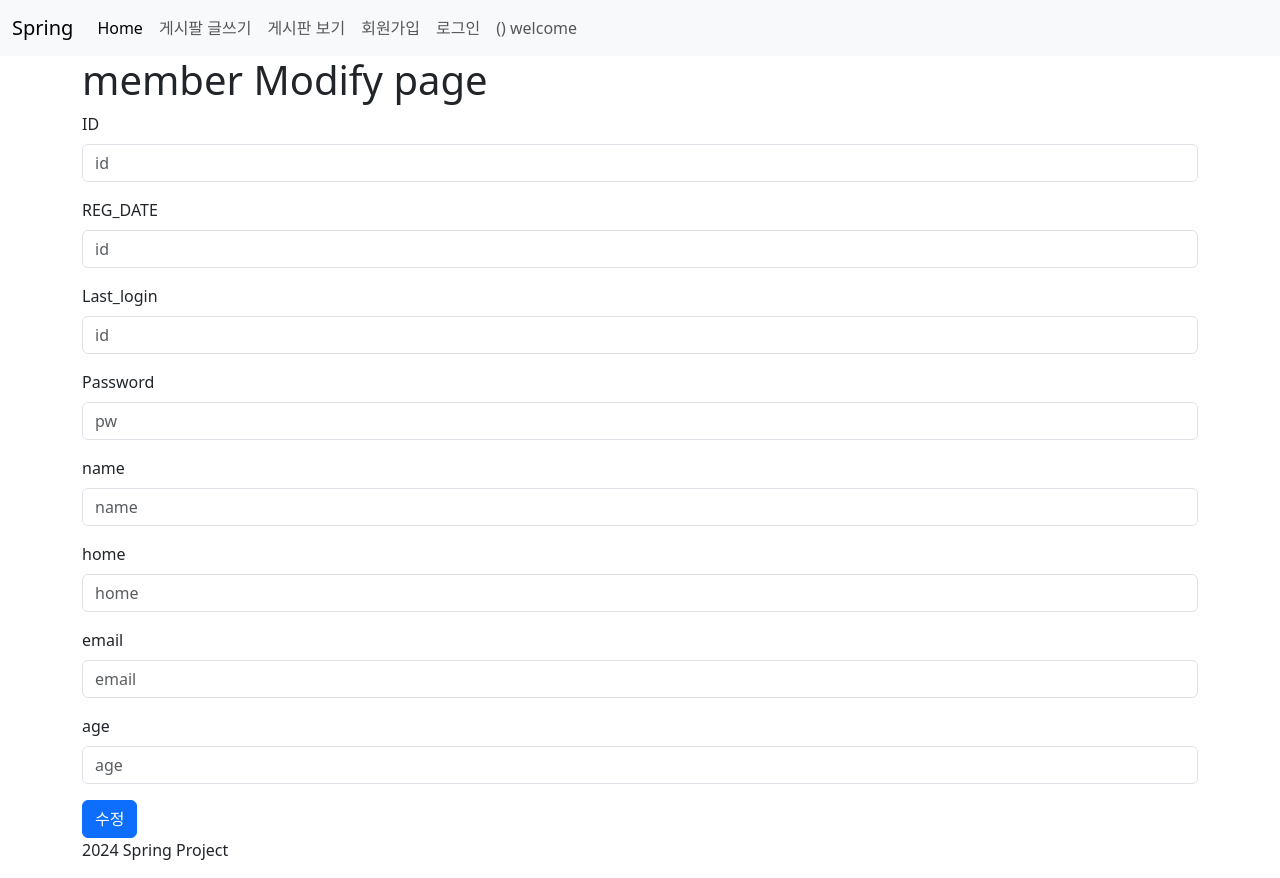
Repository: tkwkduddnd/SpringTest240430
Page: http://localhost/spring_study/WEB-INF/views/member/modify.jsp
These files come from the project's save history. The page is drawn as it stood at one moment and after the next save; the edit follows.
The browser window is 1280 px wide. The pictures show the whole page.
The page is served by Tomcat 9. Nobody is signed in. The template is opened directly, without the code that normally fills it, so the values that code supplies are empty.

Above is the page before, as saved 2024-04-25 09:08:34.

### spring_study/src/main/webapp/WEB-INF/views/member/modify.jsp
<%@ page language="java" contentType="text/html; charset=UTF-8"
	pageEncoding="UTF-8"%>

<jsp:include page="../layout/header.jsp" />
<div class="container-md">
	<h1>member Modify page</h1>
	<form action="/member/modify" method="post">
			<div class="mb-3">
			  <label for="i" class="form-label">ID</label>
			  <input type="text" class="form-control" name="id" id="i" value="${ses.id }" readonly="readonly" placeholder="id">
			</div>

			<div class="mb-3">
			  <label for="i" class="form-label">REG_DATE</label>
			  <input type="text" class="form-control" name="reg_date" id="i" value="${ses.reg_date }" readonly="readonly" placeholder="id">
			</div>

			<div class="mb-3">
			  <label for="i" class="form-label">Last_login</label>
			  <input type="text" class="form-control" name="last_login" id="i" value="${ses.last_login }" readonly="readonly" placeholder="id">
			</div>

			<div class="mb-3">
			  <label for="p" class="form-label">Password</label>
			  <input type="password" class="form-control" name="pw" id="p" placeholder="pw">
			</div>

			<div class="mb-3">
			  <label for="n" class="form-label">name</label>
			  <input type="text" class="form-control" name="name" id="n" value="${ses.name }" placeholder="name">
			</div>

			<div class="mb-3">
			  <label for="h" class="form-label">home</label>
			  <input type="text" class="form-control" name="home" id="h" value="${ses.home }" placeholder="home">
			</div>

			<div class="mb-3">
			  <label for="e" class="form-label">email</label>
			  <input type="email" class="form-control" name="email" id="e" value="${ses.email }" placeholder="email">
			</div>

			<div class="mb-3">
			  <label for="a" class="form-label">age</label>
			  <input type="text" class="form-control" name="age" id="a" value="${ses.age }" placeholder="age">
			</div>


			<button type="submit" class="btn btn-primary">수정</button>
</form>




	<jsp:include page="../layout/footer.jsp" />

### spring_study/src/main/webapp/WEB-INF/views/layout/header.jsp
<%@ page language="java" contentType="text/html; charset=UTF-8"
    pageEncoding="UTF-8"%>
<%@ taglib uri="http://java.sun.com/jsp/jstl/core" prefix="c" %>
<!DOCTYPE html>
<html>
<head>
<meta charset="UTF-8">
<title>header.jsp</title>
<link href="https://cdn.jsdelivr.net/npm/bootstrap@5.3.3/dist/css/bootstrap.min.css" rel="stylesheet" integrity="sha384-QWTKZyjpPEjISv5WaRU9OFeRpok6YctnYmDr5pNlyT2bRjXh0JMhjY6hW+ALEwIH" crossorigin="anonymous">
<script src="https://cdn.jsdelivr.net/npm/bootstrap@5.3.3/dist/js/bootstrap.bundle.min.js" integrity="sha384-YvpcrYf0tY3lHB60NNkmXc5s9fDVZLESaAA55NDzOxhy9GkcIdslK1eN7N6jIeHz" crossorigin="anonymous"></script>
</head>
<body>

<nav class="navbar navbar-expand-lg bg-body-tertiary">
  <div class="container-fluid">
    <a class="navbar-brand" href="#">Spring</a>
    <button class="navbar-toggler" type="button" data-bs-toggle="collapse" data-bs-target="#navbarSupportedContent" aria-controls="navbarSupportedContent" aria-expanded="false" aria-label="Toggle navigation">
      <span class="navbar-toggler-icon"></span>
    </button>
    <div class="collapse navbar-collapse" id="navbarSupportedContent">
      <ul class="navbar-nav me-auto mb-2 mb-lg-0">
        <li class="nav-item">
          <a class="nav-link active" aria-current="page" href="/">Home</a>
        </li>
        <li class="nav-item">
          <a class="nav-link" href="/board/register">게시팔 글쓰기</a>
        </li>
        <li class="nav-item">
          <a class="nav-link" href="/board/list">게시판 보기</a>
        </li>
        <li class="nav-item">
          <a class="nav-link" href="/member/register">회원가입</a>
        </li>
        <c:if test="${ses.id eq null}">
          <li class="nav-item">
            <a class="nav-link" href="/member/login">로그인</a>
          </li>
        </c:if>
        <c:if test="${ses.id ne null}">
          <li class="nav-item">
            <a class="nav-link" href="/member/logout">로그아웃</a>
          </li>
        </c:if>
          <li class="nav-item">
            <a class="nav-link" href="/member/modify">${ses.id }(${ses.email }) welcome</a>
          </li>
      </ul>
    </div>
  </div>
</nav>

### spring_study/src/main/webapp/WEB-INF/views/layout/footer.jsp
<%@ page language="java" contentType="text/html; charset=UTF-8"
    pageEncoding="UTF-8"%>
<div class="mb-3">
	2024 Spring Project
</div>

</body>
</html>

After the next save:
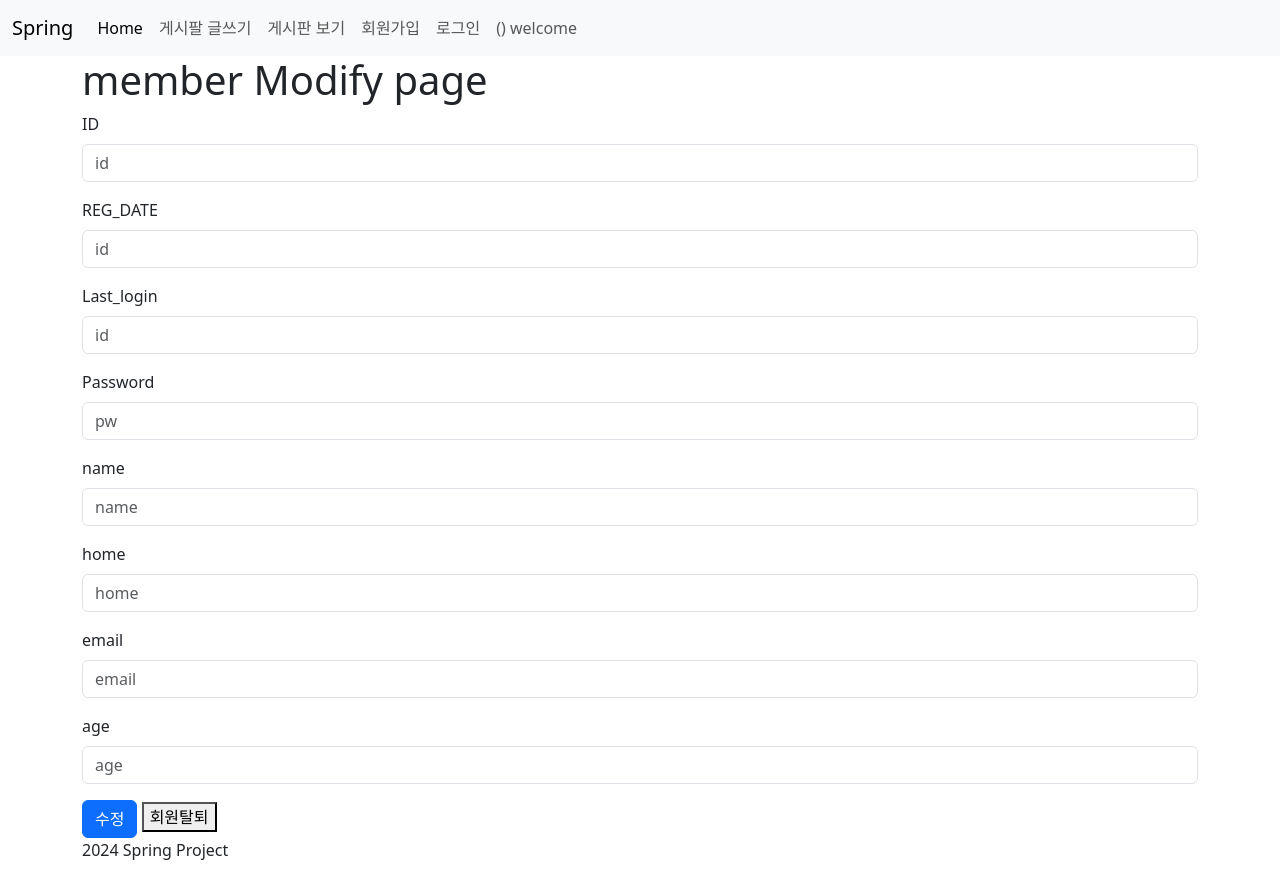
Saved 35 s later.
--- a/spring_study/src/main/webapp/WEB-INF/views/member/modify.jsp
+++ b/spring_study/src/main/webapp/WEB-INF/views/member/modify.jsp
@@ -47,6 +47,7 @@
 
 
 			<button type="submit" class="btn btn-primary">수정</button>
+			<a href=""><button type="button">회원탈퇴</button></a>
 </form>
 
 
